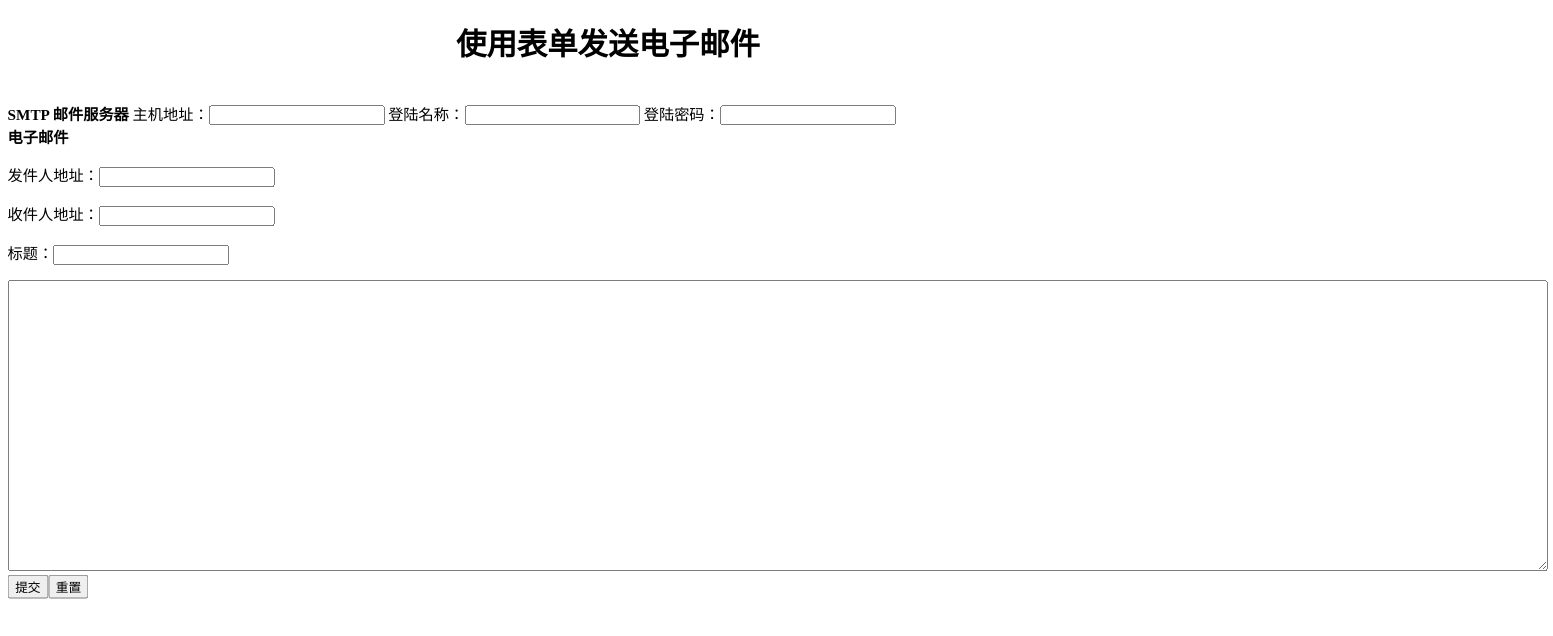
Repository: eterinfi/java
Page: jee/JSPDemo/WebContent/sendemail.html
The author's editor kept a copy of each file at every save. The page is drawn from the files as they stood at one save, then again after the next save.
The browser window is 1280 px wide. The page is 1635 px wide, so the pictures cover 1635 px, including what lies to the right of the window. The pictures show the whole page, at 95% of full size.

Above is the page before, as saved 2016-11-15 10:48:46.

After the next save:
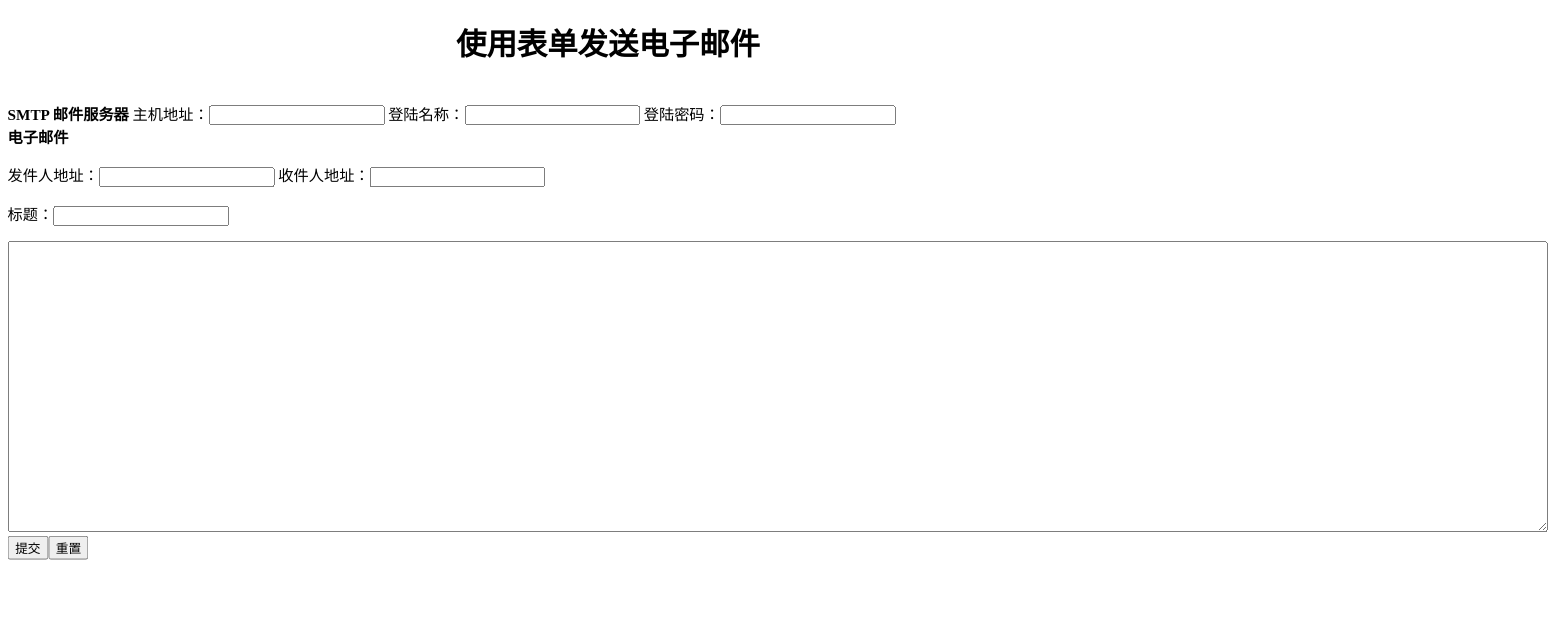
Saved 68 s later.
--- a/jee/JSPDemo/WebContent/sendemail.html
+++ b/jee/JSPDemo/WebContent/sendemail.html
@@ -14,8 +14,10 @@
     <span>    登陆密码：<input type="password" name="password" /></span>
     <br />
     <label><strong>电子邮件</strong></label>
-    <p>    发件人地址：<input type="text" name="from" /></p>
-    <p>    收件人地址：<input type="text" name="to" /></p>
+    <p>
+      <span>    发件人地址：<input type="text" name="from" /></span>
+      <span>    收件人地址：<input type="text" name="to" /></span>
+    </p>
     <p>    标题：<input type="text" name="subject" /></p>
     <textarea name="body" cols="200" rows="20" placeholder="正文....">
     </textarea>
